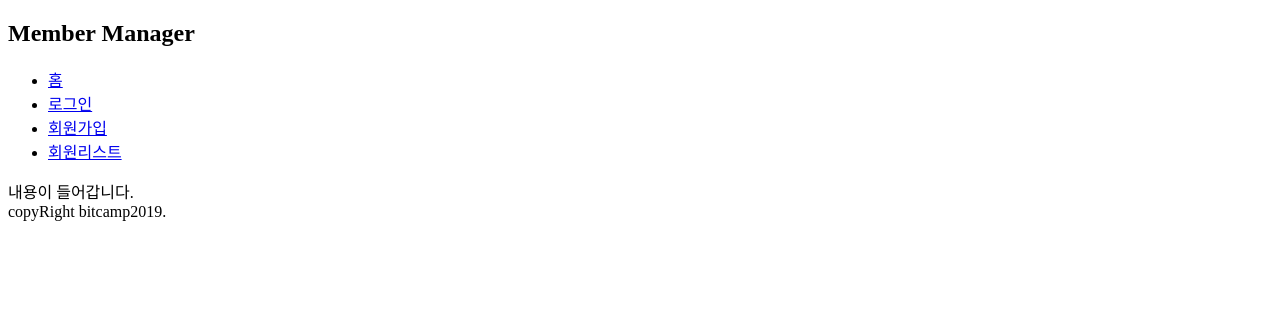
Repository: hhw9797/bitcampjn201904
Page: http://localhost/MemberManager/
The author's editor kept a copy of each file at every save. The page is drawn from the files as they stood at one save, then again after the next save.
The browser window is 1280 px wide. The pictures show the whole page.
The page is served by Tomcat 9.

Above is the page before, as saved 2019-06-20 08:06:24.

After the next save:
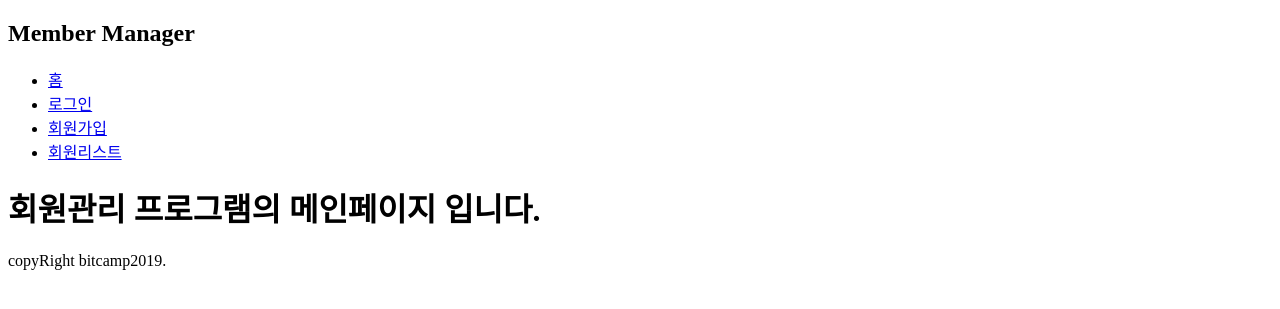
Saved 52 s later.
--- a/html/html5/jsp/MemberManager/WebContent/index.jsp
+++ b/html/html5/jsp/MemberManager/WebContent/index.jsp
@@ -25,7 +25,7 @@
 
 <!-- 컨텐츠 시작 -->
 	<div id="contents">
-		내용이 들어갑니다.
+		<h1>회원관리 프로그램의 메인페이지 입니다.</h1>
 	</div>
 <!-- 컨텐츠 끝 -->
 
